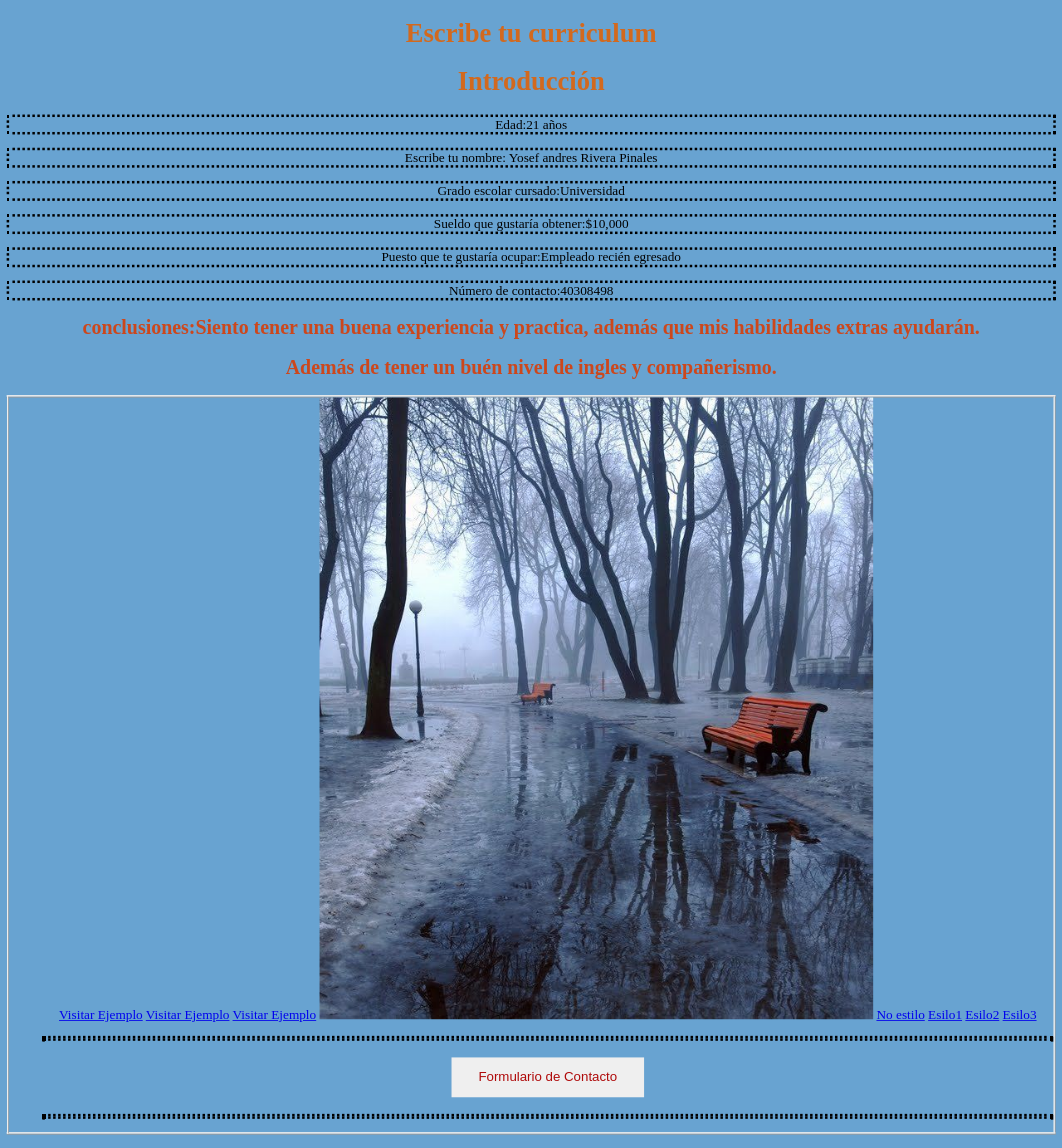
Repository: UVMCoyoacan/VEFY
Page: index_Yosef.html
The author's editor kept a copy of each file at every save. The page is drawn from the files as they stood at one save, then again after the next save.
The browser window is 1280 px wide. The pictures show the whole page, at 83% of full size.

Above is the page before, as saved 2024-02-28 21:32:28.

After the next save:
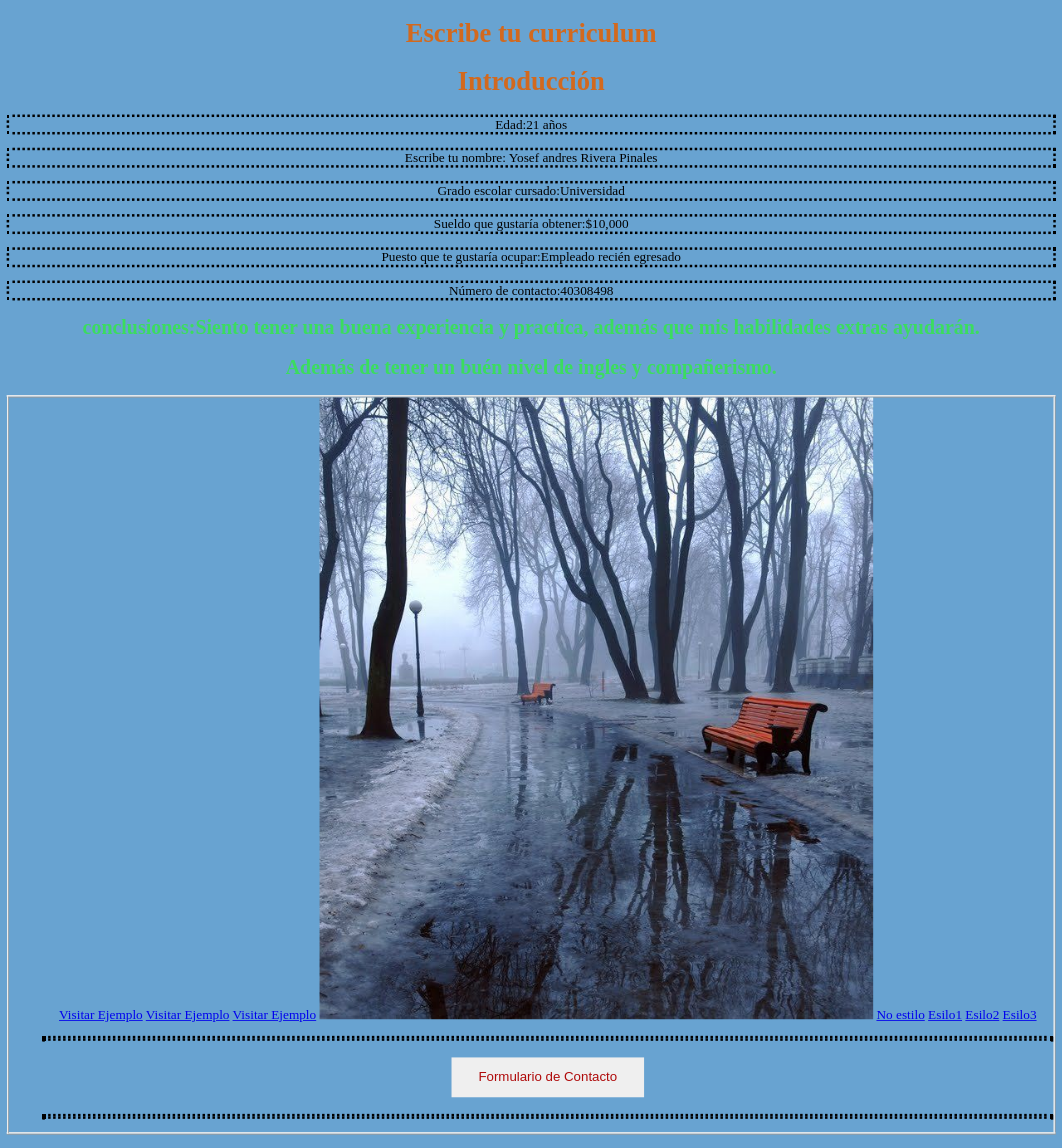
Saved 26 s later.
--- a/estilo1.css
+++ b/estilo1.css
@@ -23,7 +23,7 @@ ul{
 }
 
 h2{
-    color: rgba(206, 69, 24, 0.98) ;
+    color: rgba(58, 221, 93, 0.98) ;
     text-align:center;
     border-style: mix;
 }
